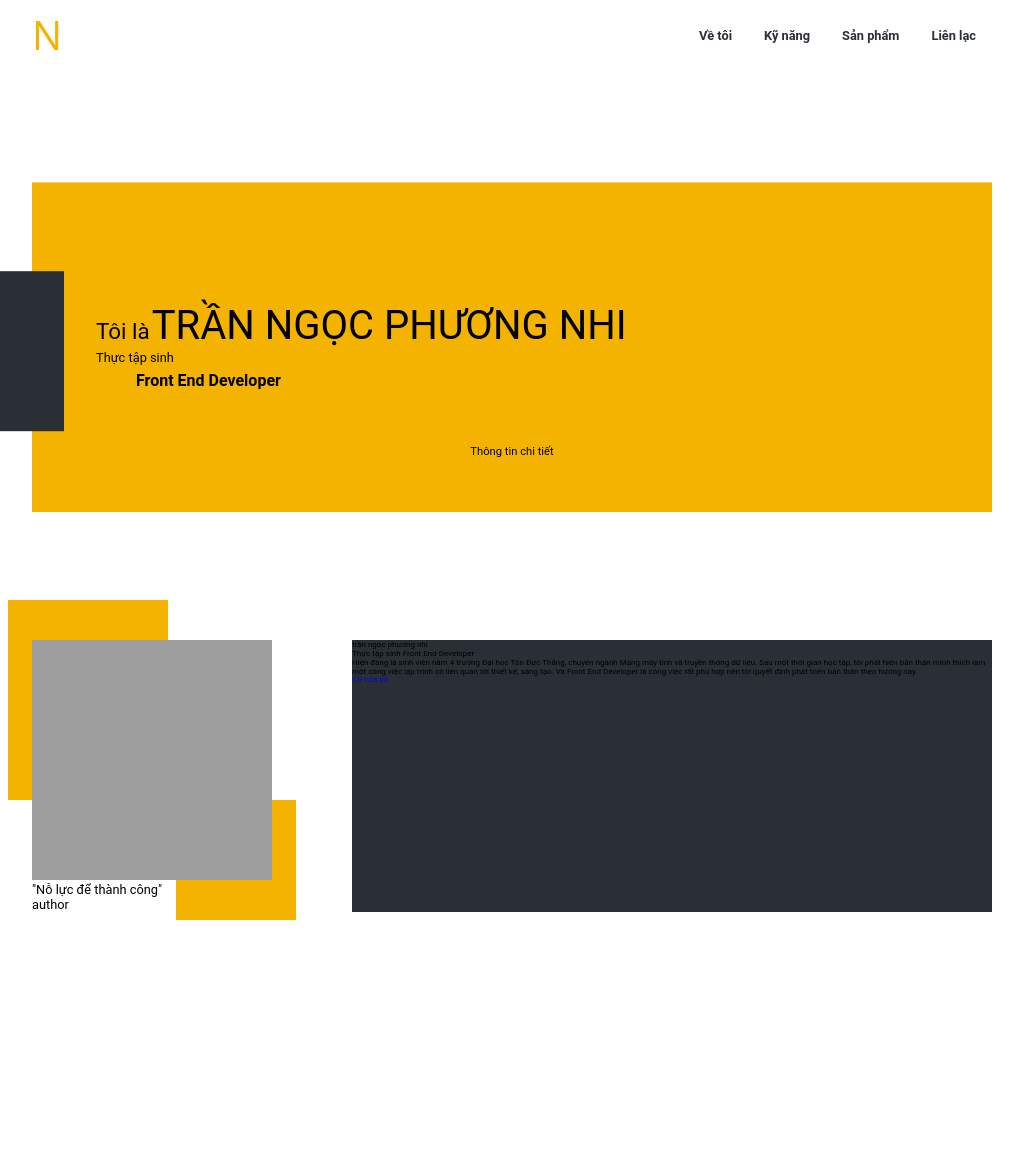
Repository: TranNgocPhuongNhi/my-portfolio
Page: index.html
An editor plug-in stored every save of this project. The page is shown before and after the next save, followed by the edit.
The browser window is 1280 px wide. The pictures show the whole page, at 80% of full size.
Pictures or frames that could not be fetched are drawn as grey boxes. Some icons come from a web library that is not loaded, so they are not drawn. Some web libraries are served in a nearby version.

Above is the page before, as saved 2021-07-04 16:09:50.

After the next save:
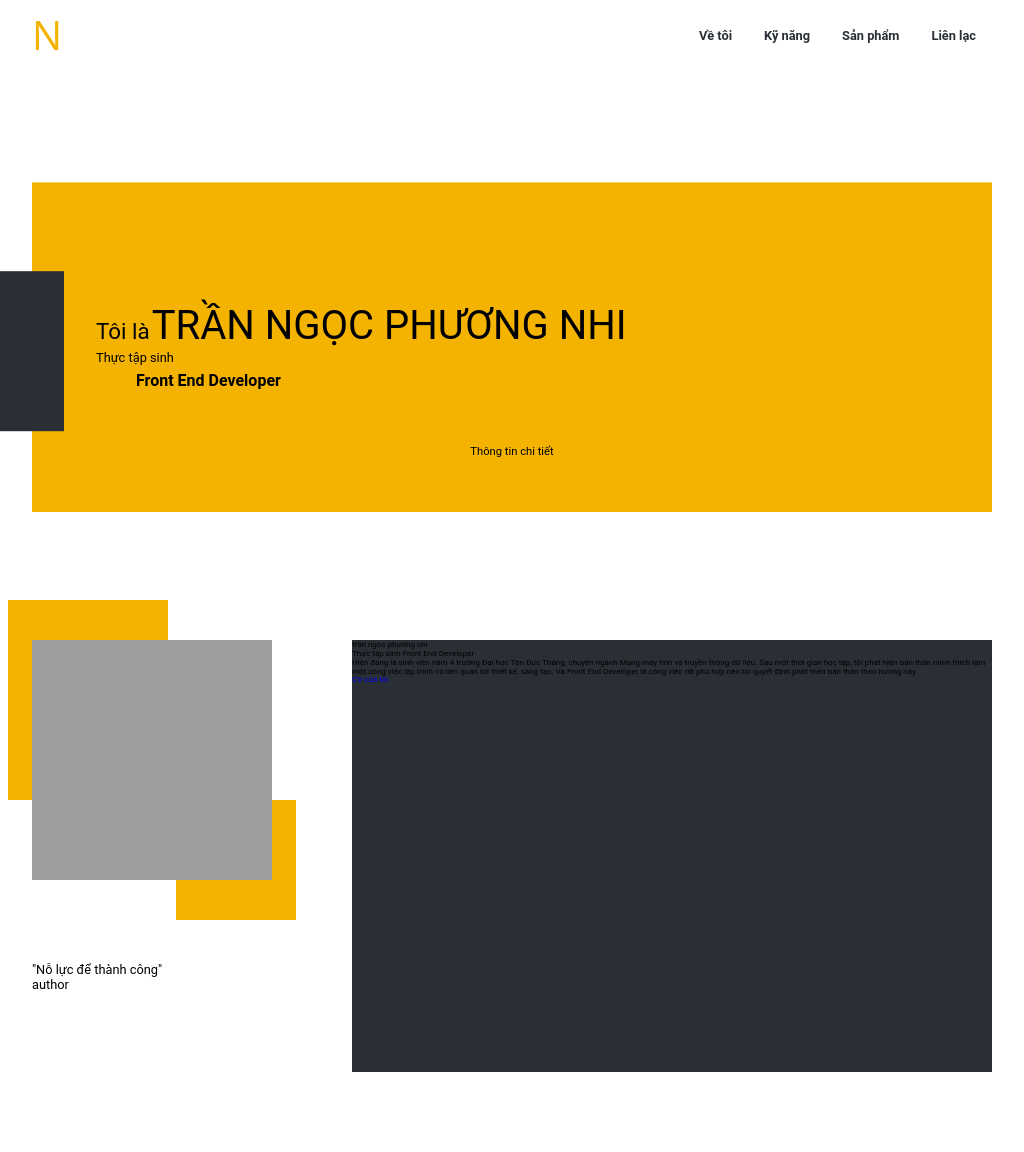
Saved 13 s later.
--- a/resources/css/main.css
+++ b/resources/css/main.css
@@ -198,7 +198,7 @@ a {
 
 .about__quote {
     font-size: 1.6rem;
-    margin: 0 auto;
+    margin: 10rem auto;
 }
 
 .about__content {
